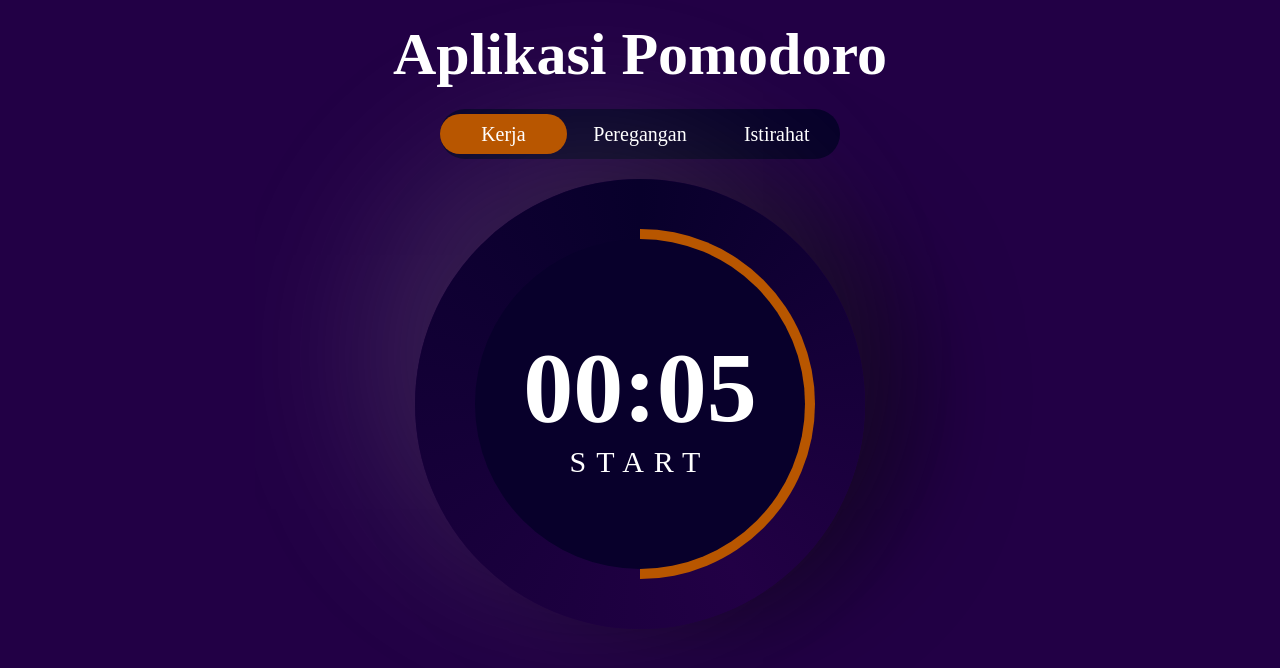
Repository: sellayspy/aplikasiPomodoro
Page: /
An editor plug-in stored every save of this project. The page is shown before and after the next save, followed by the edit.
The browser window is 1280 px wide. The pictures show the whole page.
The project was rebuilt for these pictures with package versions that can differ from the ones it lists, and the page was loaded fresh each time. Also part of the build but not shown: vite.config.js.

Above is the page before, as saved 2024-11-25 14:40:16.

### index.html
<!DOCTYPE html>
<html lang="en">
  <head>
    <meta charset="UTF-8" />
    <link rel="icon" type="image/svg+xml" href="/vite.svg" />
    <meta name="viewport" content="width=device-width, initial-scale=1.0" />
    <title>Aplikasi Pomodoro</title>
  </head>
  <body>
    <div id="root"></div>
    <script type="module" src="/src/main.jsx"></script>
  </body>
</html>

### src/main.jsx
import { StrictMode } from "react";
import { createRoot } from "react-dom/client";
import { createGlobalStyle, ThemeProvider } from "styled-components";
import App from "./App.jsx";

const GlobalStyle = createGlobalStyle`

*{
  margin: 0;
  padding: 0;
  box-sizing: border-box;
}

  html,body{
    background-color: ${(props) => props.theme.colors.bg};;
    font-size: 62.5%;
  }

  body{
    font-size: 1.6rem;
    color: white;
  }

`;

const theme = {
  colors: {
    primary: "#b85600",
    secondary: "#08002b",
    bg: "#220045",
  },
};

createRoot(document.getElementById("root")).render(
  <StrictMode>
    <ThemeProvider theme={theme}>
      <GlobalStyle />
      <App />
    </ThemeProvider>
  </StrictMode>
);

### src/App.jsx
import styled from "styled-components";
import Judul from "./components/Judul";
import Timer from "./components/Timer";

function App() {
  return (
    <>
      <Title>Aplikasi Pomodoro</Title>
      <Judul />
      <Timer />
    </>
  );
}

export default App;

const Title = styled.h1`
  font-size: 6rem;
  padding: 2rem 0;
  text-align: center;
`;

### src/components/Judul.jsx
import styled, { css } from "styled-components";
import { useState } from "react";

const Judul = () => {
  const [active, setActive] = useState(0);

  const handleJudulClick = (index) => {
    setActive(index);
  };
  return (
    <JudulContainer>
      {["Kerja", "Peregangan", "Istirahat"].map((tag, i) => (
        <Tag onClick={() => handleJudulClick(i)} active={active === i} key={i}>
          {tag}
        </Tag>
      ))}
    </JudulContainer>
  );
};

export default Judul;

const JudulContainer = styled.div`
  background: ${(props) => props.theme.colors.secondary};
  height: 5rem;
  width: 40rem;
  margin: 0 auto;
  border-radius: 5rem;
  display: flex;
  gap: 1rem;
  align-items: center;
`;

const Tag = styled.button`
  all: unset;
  height: 4rem;
  text-align: center;
  border-radius: 5rem;
  flex: 1;
  font-size: 2rem;

  ${({ active }) =>
    active &&
    css`
      background: ${(props) => props.theme.colors.primary};
    `}
`;

### src/components/Timer.jsx
import styled from "styled-components";
import TimerProgress from "./TimerProgress";

const Timer = () => {
  return (
    <TimerContainer>
      <TimerProgress />
    </TimerContainer>
  );
};

export default Timer;

const TimerContainer = styled.div`
  background: conic-gradient(
    ${(props) => props.theme.colors.secondary},
    ${(props) => props.theme.colors.bg} 150deg,
    ${(props) => props.theme.colors.secondary}
  );

  width: 45rem;
  height: 45rem;

  margin: 2rem auto;
  border-radius: 50%;
  display: grid;
  place-items: center;
  box-shadow: -50px -50px 150px rgba(158, 158, 158, 0.2),
    50px -10px 100px rgba(0, 0, 0, 0.5);
`;

### src/components/TimerProgress.jsx
import { useState } from "react";
import styled from "styled-components";
import Waktu from "./Waktu";

const TimerProgress = () => {
  const [progress, setProgress] = useState(50);

  return (
    <OuterCircle progress={progress}>
      <InnerCircle>
        <Waktu />
      </InnerCircle>
    </OuterCircle>
  );
};

export default TimerProgress;

const OuterCircle = styled.div`
  width: 35rem;
  height: 35rem;

  border-radius: 50%;
  display: grid;
  place-items: center;
  background: conic-gradient(
    ${(props) => props.theme.colors.primary} ${({ progress }) => progress}%,
    transparent ${({ progress }) => progress}%
  );
`;

const InnerCircle = styled.div`
  width: 33rem;
  height: 33rem;
  background: ${(props) => props.theme.colors.secondary};

  border-radius: 50%;
  display: grid;
  place-items: center;
`;

### src/components/Waktu.jsx
import { useEffect, useState } from "react";
import styled from "styled-components";

const Waktu = () => {
  const [time, setTime] = useState(10);
  const [isActive, setIsActive] = useState(false);
  useEffect(() => {
    if (time > 0) {
      const interval = setInterval(() => {
        setTime((time) => time - 1);
      }, 1000);

      return () => clearInterval(interval);
    }
  }, [time, isActive]);

  const buttonClick = () => {
    setIsActive(!isActive);
  };

  const getTime = (time) => {
    const min = Math.floor(time / 60);
    const sec = time % 60;
    return `${min < 10 ? "0" + min : min}:${sec < 10 ? "0" + sec : sec}`;
  };

  return (
    <ClockContainer>
      <TimerText>{getTime(time)}</TimerText>
      <StartPauseButton onClick={buttonClick}>
        {isActive ? "Pause" : "Start"}
      </StartPauseButton>
    </ClockContainer>
  );
};

export default Waktu;
const ClockContainer = styled.div`
  display: grid;
  place-items: center;
`;

const TimerText = styled.h3`
  font-size: 10rem;
`;

const StartPauseButton = styled.button`
  all: unset;
  text-align: center;
  font-size: 3rem;
  text-transform: uppercase;
  letter-spacing: 1rem;
`;

After the next save:
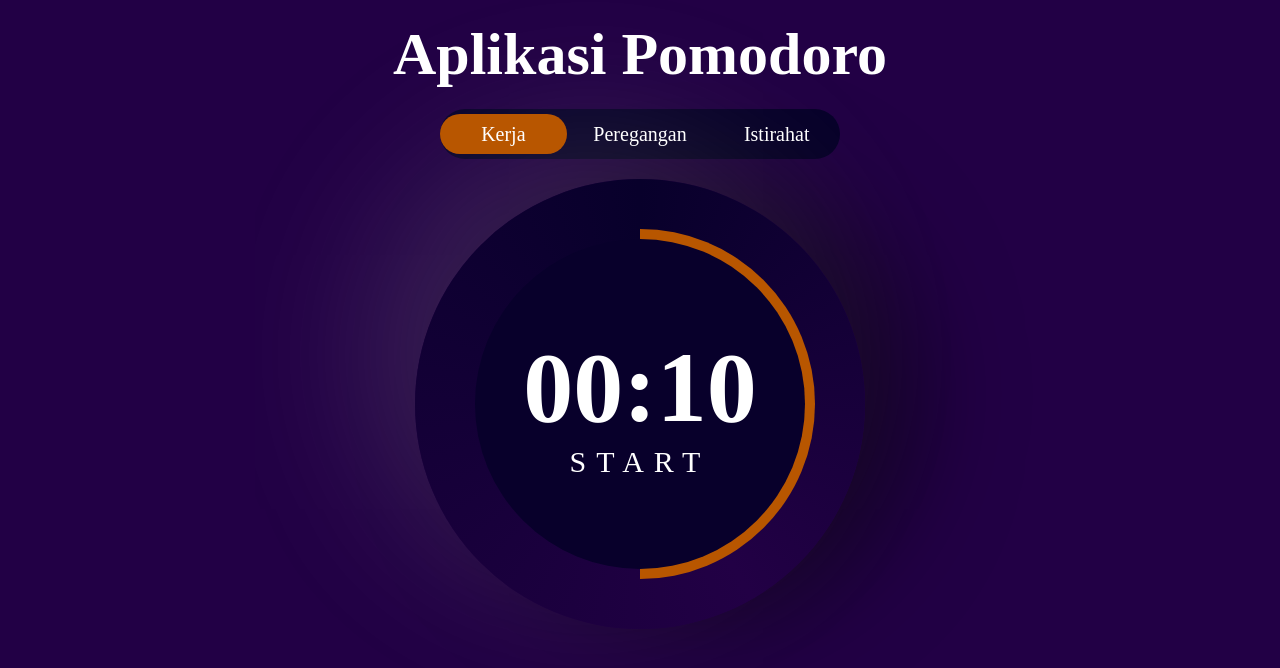
Saved 60 s later.
--- a/src/components/Waktu.jsx
+++ b/src/components/Waktu.jsx
@@ -5,7 +5,7 @@ const Waktu = () => {
   const [time, setTime] = useState(10);
   const [isActive, setIsActive] = useState(false);
   useEffect(() => {
-    if (time > 0) {
+    if (isActive && time > 0) {
       const interval = setInterval(() => {
         setTime((time) => time - 1);
       }, 1000);
